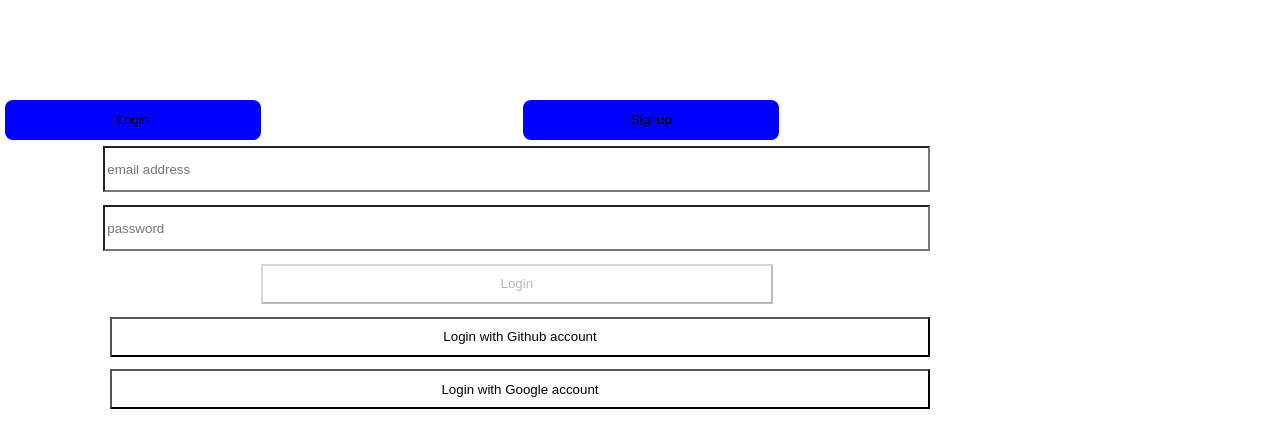
Repository: ValGrace/static-site-generator
Page: / (app in client-frontend/)
These files come from the project's save history. The page is drawn as it stood at one moment and after the next save; the edit follows.
The browser window is 1280 px wide. The pictures show the whole page.
The project was rebuilt for these pictures with package versions that can differ from the ones it lists, and the page was loaded fresh each time. Also part of the build but not shown: client-frontend/vite.config.js, client-frontend/src/Components/Signup.jsx, client-frontend/src/App.css.

Above is the page before, as saved 2023-02-04 13:09:43.

After the next save:
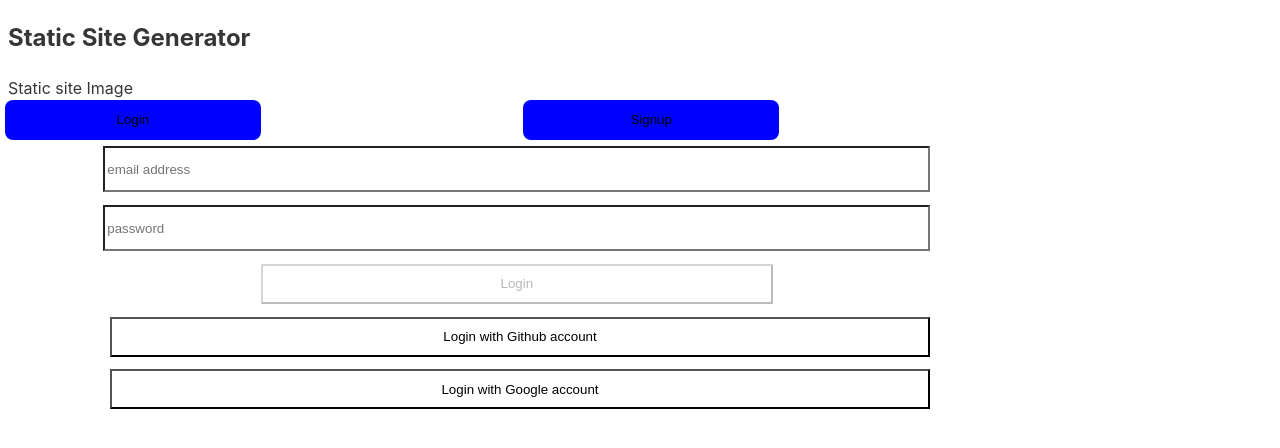
Saved 31 s later.
--- a/client-frontend/src/index.css
+++ b/client-frontend/src/index.css
@@ -4,7 +4,7 @@
   font-weight: 400;
 
   color-scheme: light dark;
-  color: rgba(255, 255, 255, 0.87);
+  color: rgba(24, 24, 24, 0.87);
   background-color: #ffffff;
 
   font-synthesis: none;
